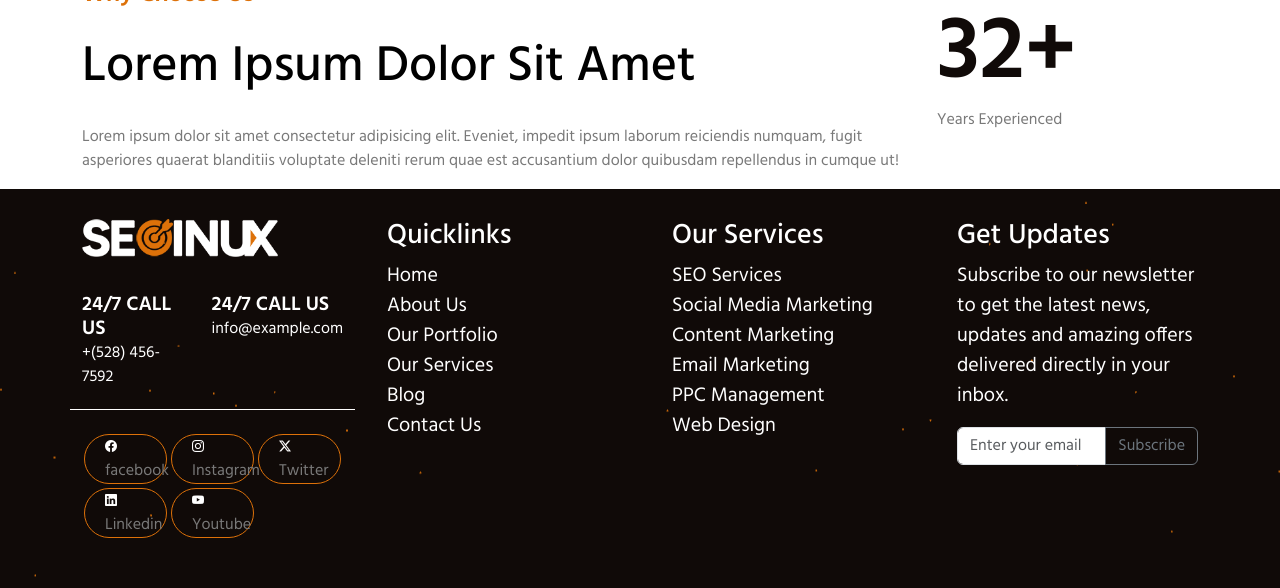
Repository: tagnam/seoinox
Page: about.html
An editor plug-in stored every save of this project. The page is shown before and after the next save, followed by the edit.
The browser window is 1280 px wide. The pictures show the part of the page from y = 3019 to 3607 px (the page is 3607 px tall).
A picture or video elsewhere on the page could not be fetched, so the positions and the page height are approximate. Backgrounds fixed to the window are drawn as part of the page.

Above is the page before, as saved 2025-02-26 11:06:52.

After the next save:
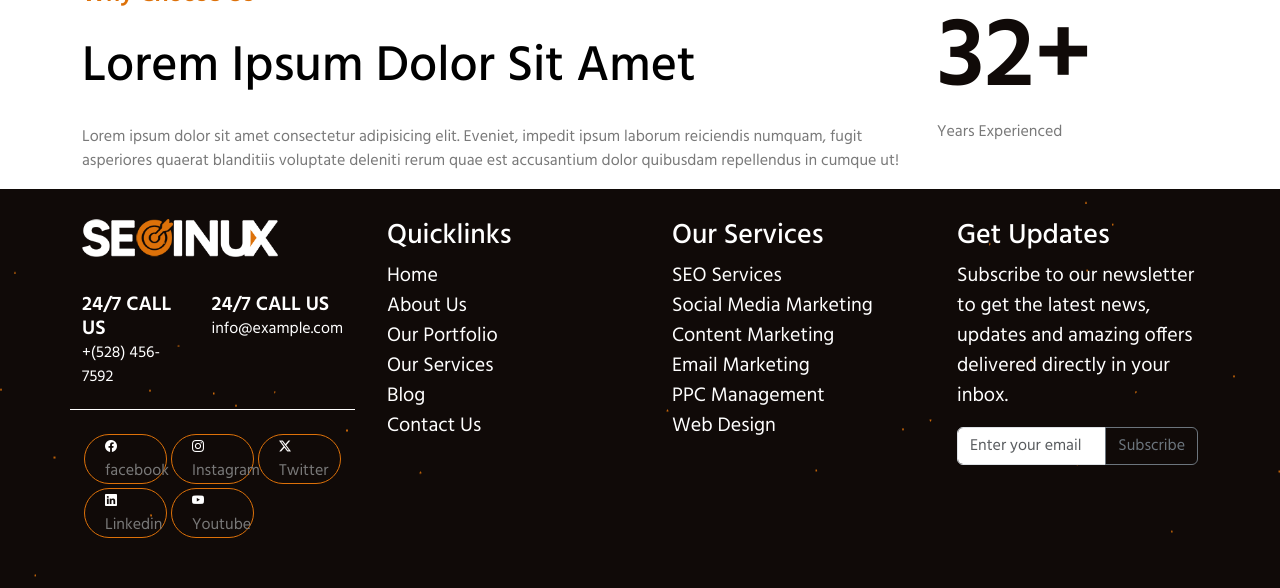
Saved 26 s later.
--- a/style/css/style.css
+++ b/style/css/style.css
@@ -521,7 +521,7 @@ color: #DD7109;
 
 
 .exp-title{
-    font-size: 90px;
+    font-size: 100px;
     font-weight: 600;
     color: #100A08;
     margin-top: 20px;
